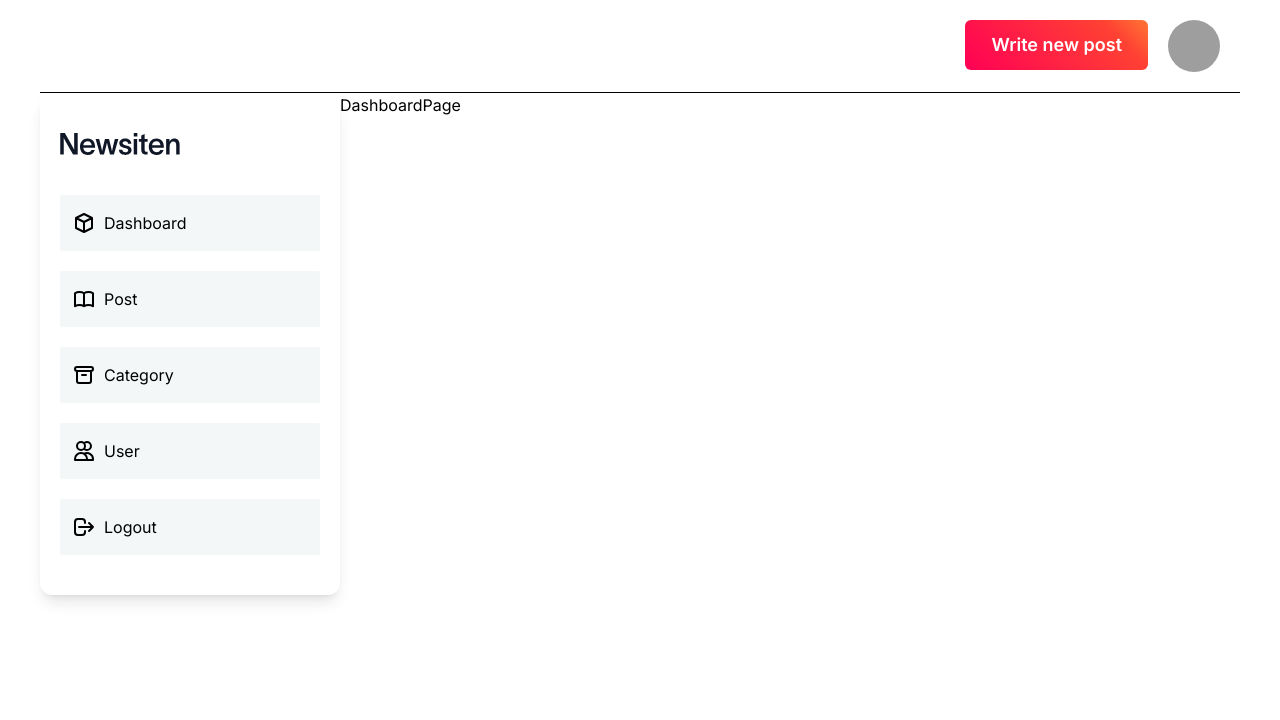
Repository: BrianPhamDev/Blog-App
Page: /dashboard
These files come from the project's save history. The page is drawn as it stood at one moment and after a run of saves; the edit follows.
The browser window is 1280 px wide. The pictures show the whole page.
Pictures or frames that could not be fetched are drawn as grey boxes. The project was rebuilt for these pictures with package versions that can differ from the ones it lists, and the page was loaded fresh each time. Also part of the build but not shown: src/pages/signUpPage/signUpPage.scss, src/components/label/label.scss, src/components/label/Label.js, src/components/input/input.scss, src/components/input/Input.js, src/components/input/InputPasswordToggle.js, src/components/input/index.js, src/pages/authenticationPage/authenticationPage.scss and 23 more. Imported but missing from the stored project, and not drawn on this page: src/components/icons.

Above is the page before, as saved 2023-08-02 21:26:29.

### public/index.html
<!DOCTYPE html>
<html lang="en">
  <head>
    <meta charset="utf-8" />

    <meta name="viewport" content="width=device-width, initial-scale=1" />

    <title>React App</title>
  </head>
  <body>
    <div id="root"></div>
  </body>
</html>

### src/index.js
import React from "react";
import "./styles/index.scss";
import App from "./App";
import reportWebVitals from "./reportWebVitals";
import { BrowserRouter } from "react-router-dom";
import { createRoot } from "react-dom/client";
import { ToastContainer } from "react-toastify";
import "react-toastify/dist/ReactToastify.css";

const container = document.getElementById("root");
const root = createRoot(container);

root.render(
  <React.StrictMode>
    <BrowserRouter>
      <App />
      <ToastContainer></ToastContainer>
    </BrowserRouter>
  </React.StrictMode>
);

reportWebVitals();

### src/styles/index.scss
@tailwind base;
@tailwind components;
@tailwind utilities;

@import "reset";
@import url("https://fonts.googleapis.com/css2?family=Inter:wght@100;200;300;400;500;600;700;800;900&display=swap");

@layer base {
  :root {
    --primary: #ff0055;
    --primary-active: #e5004c;
    --primary-grad2: #ff4133;
    --grad2-active: #e53a2e;
    --primary-grad3: #ff7633;
    --grad3-active: #e56a2e;
    --primary-d: #ff1a66;
    --primary-grad2-d: #ff5448;
    --primary-grad3-d: #ff8448;
    --danger: #f00;
    --danger-active: #e50000;
    --border-inactive: #ccc;
    --background-active: #000000;
    --background-inactive: #e7ecf3d6;
    --inactive: rgb(54, 54, 54);
    --text-meta: #91a8b0;
    --gray-200: rgba(237, 243, 245, 0.647);
    --gray-300: rgb(237, 243, 245);
  }

  html {
    font-family: "Inter", system-ui, sans-serif;
  }
}

@layer utilities {
  .container {
    width: 100%;
    max-width: 1600px;
    margin: 0 auto;
    padding: 0 40px;
  }

  .background-gradient {
    background-image: linear-gradient(
      45deg,
      var(--primary) 0%,
      var(--primary-grad2) 80%,
      var(--primary-grad3) 100%
    );
  }

  .text-gradient {
    background-image: linear-gradient(
      45deg,
      var(--primary) 0%,
      var(--primary-grad2) 80%,
      var(--primary-grad3) 100%
    );
    background-clip: text;
    color: transparent;
  }

  .heading-1 {
    color: #000000;
    font-size: 38px;
    font-weight: 900;
    line-height: 47px;
  }

  .heading-2 {
    font-size: 30px;
    font-weight: 800;
    line-height: 38px;
  }

  .heading-3 {
    font-weight: 600;
    line-height: 28.8px;
    font-size: 16px;
  }

  .heading-4 {
    font-style: 14px;
    line-height: 20px;
    font-weight: 500;
  }

  .bodycopy {
    font-size: 16px;
    line-height: 27.2px;
    font-weight: 400;
  }

  .meta {
    font-style: 12px;
    font-weight: 400;
    line-height: 17px;
  }

  .button-text {
    @apply underline;
    font-size: 14px;
    color: var(--inactive);
    font-weight: 400;
  }

  .input-icon {
    position: absolute;
    right: 20px;
    top: 50%;
    transform: translateY(-50%);
    cursor: pointer;
  }

  .smooth-transition {
    @apply transition-all ease-in-out duration-200;
  }

  .hover-active {
    &:hover,
    &:active {
      @apply background-gradient smooth-transition;
    }
  }
}

### src/App.js
import { Routes, Route } from "react-router-dom";
import { AuthProvider } from "./contexts/auth-context";
import SignUpPage from "./pages/signUpPage/SignUpPage";
import SignInPage from "./pages/signInPage/SignInPage";
import HomePage from "./pages/homePage/HomePage";
import NotFoundPage from "./pages/notFoundPage/NotFoundPage";
import PostDetailsPage from "./module/Post/PostDetails/PostDetailsPage";
import DashboardPage from "./pages/dashboardPage.js/DashboardPage";
import DashboardLayout from "./module/dashboard/DashboardLayout";

function App() {
  return (
    <div>
      <AuthProvider>
        <Routes>
          <Route path="/" element={<HomePage />}></Route>
          <Route path="/sign-up" element={<SignUpPage />}></Route>
          <Route path="/sign-in" element={<SignInPage />}></Route>

          <Route path="*" element={<NotFoundPage />}></Route>
          <Route path="/:slug" element={<PostDetailsPage />}></Route>
          <Route element={<DashboardLayout />}>
            <Route path="/dashboard" element={<DashboardPage />}></Route>
          </Route>
        </Routes>
      </AuthProvider>
    </div>
  );
}

export default App;

### src/styles/_reset.scss
*,
*::before,
*::after {
  box-sizing: border-box;
}
* {
  margin: 0;
  padding: 0;
}

html,
body {
  height: 100%;
}
body {
  line-height: 1.5;
  -webkit-font-smoothing: antialiased;
  -webkit-tap-highlight-color: rgba(0, 0, 0, 0);
}

img,
picture,
video,
canvas,
svg {
  display: block;
  max-width: 100%;
}
input,
button,
textarea,
select {
  font: inherit;
  outline: none;
  border: none;
}
p,
h1,
h2,
h3,
h4,
h5,
h6 {
  overflow-wrap: break-word;
}

### src/contexts/auth-context.js
import { onAuthStateChanged } from "firebase/auth";
import { useEffect, useState } from "react";
import { auth } from "../firebase/firebase-config";

const { createContext, useContext } = require("react");

const AuthContext = createContext();

function AuthProvider(props) {
  const [userInfo, setUserInfo] = useState("");
  const value = { userInfo, setUserInfo };
  useEffect(() => {
    onAuthStateChanged(auth, (user) => {
      setUserInfo(user);
    });
  }, []);
  return <AuthContext.Provider value={value} {...props}></AuthContext.Provider>;
}

function useAuth() {
  const context = useContext(AuthContext);
  if (typeof context === "undefined")
    throw new Error("useAuth must be used within AuthProvider");
  return context;
}

export { AuthProvider, useAuth };

### src/module/dashboard/DashboardLayout.js
import React from "react";
import DashboardHeader from "./DashboardHeader";
import Sidebar from "./Sidebar";
import { Outlet } from "react-router-dom";
const DashboardLayout = ({ children }) => {
  return (
    <div className="container pt-24">
      <DashboardHeader></DashboardHeader>
      <div className="dashboard-main grid grid-cols-dashboard-main">
        <Sidebar>Sidebar</Sidebar>
        <div className="dashboard-children">
          <Outlet></Outlet>
        </div>
      </div>
    </div>
  );
};

export default DashboardLayout;

### src/firebase/firebase-config.js
// Import the functions you need from the SDKs you need
import { initializeApp } from "firebase/app";
import { getFirestore } from "firebase/firestore";
import { getAuth } from "firebase/auth";
// TODO: Add SDKs for Firebase products that you want to use
// https://firebase.google.com/docs/web/setup#available-libraries

// Your web app's Firebase configuration
const firebaseConfig = {
  apiKey: "AIzaSyBvYgsZz9zgVLPl1CRt32h11zSY1hwyQnQ",
  authDomain: "blogging-dc5e9.firebaseapp.com",
  projectId: "blogging-dc5e9",
  storageBucket: "blogging-dc5e9.appspot.com",
  messagingSenderId: "470546749308",
  appId: "1:470546749308:web:b657e2250e78464d5c36f9",
};

// Initialize Firebase
const app = initializeApp(firebaseConfig);

// Initialize Cloud Firestore and get a reference to the service
export const db = getFirestore(app);

// Initialize Firebase Authentication and get a reference to the service
export const auth = getAuth(app);

### src/module/dashboard/DashboardHeader.js
import { Button } from "../../components/button";
import React from "react";

const DashboardHeader = () => {
  return (
    <div className="dashboard-header-wrapper bg-white p-5 border-b border-b-black flex gap-5 justify-end">
      <Button to="/dashboard" className="dashboard-header-button">
        Write new post
      </Button>
      <div className="dashboard-header-avatar h-[52px] w-[52px]">
        <img
          src="https://images.unsplash.com/photo-1568602471122-7832951cc4c5?ixlib=rb-1.2.1&ixid=MnwxMjA3fDB8MHxwaG90by1wYWdlfHx8fGVufDB8fHx8&auto=format&fit=crop&w=3270&q=80"
          alt="guys-smilling"
          className="w-full h-full object-cover rounded-full"
        />
      </div>
    </div>
  );
};

export default DashboardHeader;

### src/module/dashboard/Sidebar.js
import React from "react";
import { NavLink } from "react-router-dom";

const sidebarLinks = [
  {
    title: "Dashboard",
    url: "/dashboard",
    icon: (
      <svg
        xmlns="http://www.w3.org/2000/svg"
        class="h-6 w-6"
        fill="none"
        viewBox="0 0 24 24"
        stroke="currentColor"
        strokeWidth="2"
      >
        <path
          strokeLinecap="round"
          strokeLinejoin="round"
          d="M20 7l-8-4-8 4m16 0l-8 4m8-4v10l-8 4m0-10L4 7m8 4v10M4 7v10l8 4"
        />
      </svg>
    ),
  },
  {
    title: "Post",
    url: "/manage/post",
    icon: (
      <svg
        xmlns="http://www.w3.org/2000/svg"
        class="h-6 w-6"
        fill="none"
        viewBox="0 0 24 24"
        stroke="currentColor"
        strokeWidth="2"
      >
        <path
          strokeLinecap="round"
          strokeLinejoin="round"
          d="M12 6.253v13m0-13C10.832 5.477 9.246 5 7.5 5S4.168 5.477 3 6.253v13C4.168 18.477 5.754 18 7.5 18s3.332.477 4.5 1.253m0-13C13.168 5.477 14.754 5 16.5 5c1.747 0 3.332.477 4.5 1.253v13C19.832 18.477 18.247 18 16.5 18c-1.746 0-3.332.477-4.5 1.253"
        />
      </svg>
    ),
  },
  {
    title: "Category",
    url: "/manage/category",
    icon: (
      <svg
        xmlns="http://www.w3.org/2000/svg"
        class="h-6 w-6"
        fill="none"
        viewBox="0 0 24 24"
        stroke="currentColor"
        strokeWidth="2"
      >
        <path
          strokeLinecap="round"
          strokeLinejoin="round"
          d="M5 8h14M5 8a2 2 0 110-4h14a2 2 0 110 4M5 8v10a2 2 0 002 2h10a2 2 0 002-2V8m-9 4h4"
        />
      </svg>
    ),
  },
  {
    title: "User",
    url: "/manage/user",
    icon: (
      <svg
        xmlns="http://www.w3.org/2000/svg"
        class="h-6 w-6"
        fill="none"
        viewBox="0 0 24 24"
        stroke="currentColor"
        strokeWidth="2"
      >
        <path
          strokeLinecap="round"
          strokeLinejoin="round"
          d="M12 4.354a4 4 0 110 5.292M15 21H3v-1a6 6 0 0112 0v1zm0 0h6v-1a6 6 0 00-9-5.197M13 7a4 4 0 11-8 0 4 4 0 018 0z"
        />
      </svg>
    ),
  },
  {
    title: "Logout",
    url: "/",
    icon: (
      <svg
        xmlns="http://www.w3.org/2000/svg"
        class="h-6 w-6"
        fill="none"
        viewBox="0 0 24 24"
        stroke="currentColor"
        strokeWidth="2"
      >
        <path
          strokeLinecap="round"
          strokeLinejoin="round"
          d="M17 16l4-4m0 0l-4-4m4 4H7m6 4v1a3 3 0 01-3 3H6a3 3 0 01-3-3V7a3 3 0 013-3h4a3 3 0 013 3v1"
        />
      </svg>
    ),
    onClick: () => {},
  },
];

const Sidebar = ({ children }) => {
  return (
    <div className="sidebar-wrapper max-w-[300px] bg-white shadow-lg rounded-xl px-5 py-[40px] flex flex-col gap-5">
      <div className="sidebar-logo mb-5">
        <img src="./Logo.svg" alt="Newsiten" className="max-w-[120px]" />
      </div>
      {sidebarLinks.map((item) => (
        <NavLink
          key={item.url}
          to={item.url}
          className={`menu-item flex gap-2 items-center px-3 py-4 bg-[var(--gray-200)] cursor-pointer hover-active rounded-sm`}
        >
          <div className="menu-icon">{item.icon}</div>
          <div className="menu-title0.">{item.title}</div>
        </NavLink>
      ))}
    </div>
  );
};

export default Sidebar;

### src/components/button/Button.js
import React from "react";
import "./button.scss";
import Spinner from "../spinner/Spinner";
import PropTypes from "prop-types";
import { NavLink } from "react-router-dom";

/**
 * @param {*} onClick Handler onClick
 *@requires
 * @param {string} type Type of button 'button' | 'submit'
 * @returns
 */

const Button = ({
  type = "button",
  onClick = () => {},
  className,
  children,
  isLoading,
  to,
  ...props
}) => {
  const child = !!isLoading ? <Spinner></Spinner> : children;
  if (to !== "" && typeof to === "string")
    return (
      <NavLink to={to} {...props}>
        <button className="w-fit px-[26px] whitespace-nowrap text-white rounded-md font-semibold cursor-pointer text-lg h-[50px] flex items-center justify-center background-gradient">
          {children}
        </button>
      </NavLink>
    );

  return (
    <button type={type} className={`button ${className}`} {...props}>
      {child}
    </button>
  );
};

Button.propTypes = {
  type: PropTypes.oneOf(["button", "submit"]).isRequired,
  isLoading: PropTypes.bool,
  onClick: PropTypes.func,
};

export default Button;

### tailwind.config.js
/** @type {import('tailwindcss').Config} */
module.exports = {
  content: ["./src/**/*.{js,jsx,ts,tsx}"],
  theme: {
    extend: {
      colors: {
        borderInactive: "var(--border-inactive)",
        inactive: "var(--inactive)",
        backgroundInactive: "var(--background-inactive)",
      },
      fontFamily: {},
      gridTemplateColumns: {
        "dashboard-main": "300px minmax(0, 1fr)",
      },
    },
  },
  plugins: [],
};

Loaded but not shown: src/reportWebVitals.js (common file); src/pages/dashboardPage.js/DashboardPage.js (common file); src/components/button/index.js (common file); src/pages/signInPage/signInPage.scss (no stored copy; drawn as an empty file)

After the next 2 saves:
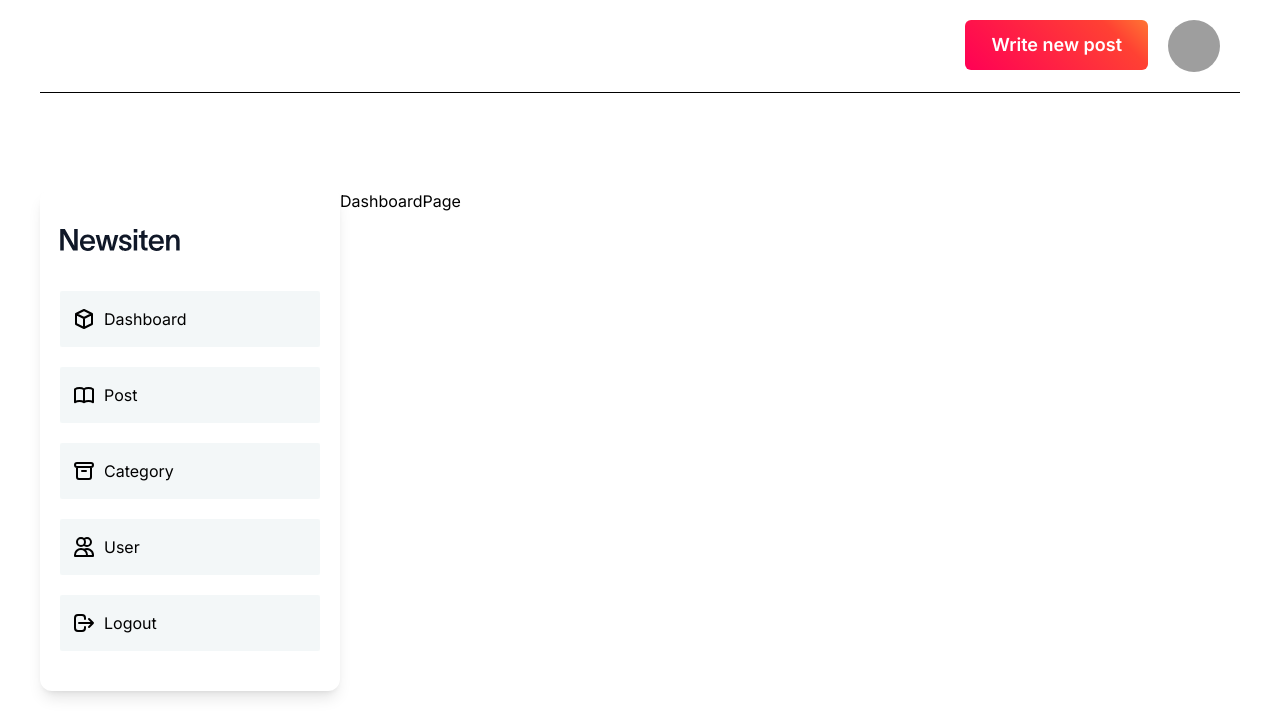
The 2 saves are shown as one change because they came seconds apart.
The last was saved 17 s later.
--- a/src/module/dashboard/DashboardLayout.js
+++ b/src/module/dashboard/DashboardLayout.js
@@ -4,9 +4,9 @@ import Sidebar from "./Sidebar";
 import { Outlet } from "react-router-dom";
 const DashboardLayout = ({ children }) => {
   return (
-    <div className="container pt-24">
+    <div className="container">
       <DashboardHeader></DashboardHeader>
-      <div className="dashboard-main grid grid-cols-dashboard-main">
+      <div className="dashboard-main grid grid-cols-dashboard-main  mt-24">
         <Sidebar>Sidebar</Sidebar>
         <div className="dashboard-children">
           <Outlet></Outlet>
